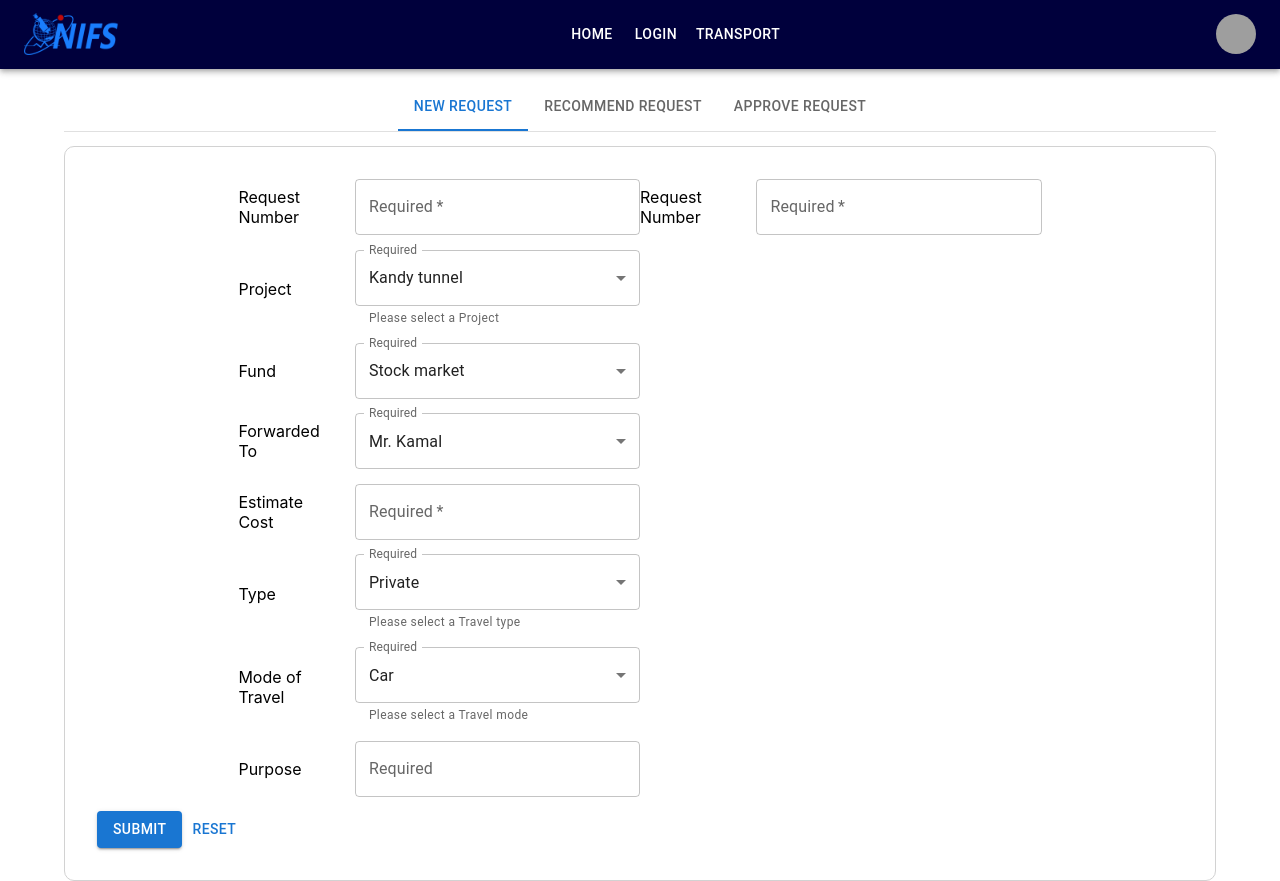
Repository: Ravindu97/NIFS_WebApplication
Page: /transport (app in client/)
These files come from the project's save history. The page is drawn as it stood at one moment and after a run of saves; the edit follows.
The browser window is 1280 px wide. The pictures show the whole page.
Pictures or frames that could not be fetched are drawn as grey boxes. The project was rebuilt for these pictures with package versions that can differ from the ones it lists, and the page was loaded fresh each time. Also part of the build but not shown: client/src/pages/Home.js, client/src/pages/Login.js, client/src/components/Transport/RecommendedRequest.js, client/src/components/Transport/ApproveRequest.js.

Above is the page before, as saved 2022-07-01 00:30:02.

### client/src/index.css
body {
  margin: 0;
  font-family: -apple-system, BlinkMacSystemFont, 'Segoe UI', 'Roboto', 'Oxygen',
    'Ubuntu', 'Cantarell', 'Fira Sans', 'Droid Sans', 'Helvetica Neue',
    sans-serif;
  -webkit-font-smoothing: antialiased;
  -moz-osx-font-smoothing: grayscale;
}

:root{
  --main-navbar-back: #00003c;

}


.nav-logo{
  width: 100px;
  height: auto;
}

/* main navbar */
.main-navbar{
  background-color: var(--main-navbar-back) !important;
}

/* secondary navbar */
.secondary-navbar{
  margin-top: 2vh !important;
  margin: auto;
}

/* body content */
.body-content{
  margin: auto;
  width: 90%;
  margin-top: 2vh;
}

/* -------------------css for form starts here */
/* form section means outsice the <form> tag */

.form-section{
  border: 1px solid #d2d2d2;
  border-radius: 10px;
  padding: 2rem;
}

/* input fields */
.input-fields{
  display: flex;
  align-items: center;
  margin-bottom: 2vh;
}

.input-fields label{
  margin-right: 2vw;
  width: 10vw;
}



/* -----------------css for form ends here */

### client/src/App.js
import * as React from 'react';
import { BrowserRouter as Router, Route, Routes } from 'react-router-dom';
import Navbar from './components/shared/Navbar';
import Home from './pages/Home';
import Login from './pages/Login';
import TransportMainPage from './pages/TransportMainPage';

function App() {
	return (
		<div>
			<Router>
				<Navbar />
				<Routes>
					<Route exact path="/" element={<Home />} />
					<Route exact path="/login" element={<Login />} />
					<Route exact path="/transport/*" element={<TransportMainPage />} />
				</Routes>
			</Router>
		</div>
	);
}

export default App;

### client/src/components/shared/Navbar.js
import * as React from 'react';
import AppBar from '@mui/material/AppBar';
import Box from '@mui/material/Box';
import Toolbar from '@mui/material/Toolbar';
import IconButton from '@mui/material/IconButton';
import Typography from '@mui/material/Typography';
import Menu from '@mui/material/Menu';
import MenuIcon from '@mui/icons-material/Menu';
import Container from '@mui/material/Container';
import Avatar from '@mui/material/Avatar';
import Button from '@mui/material/Button';
import Tooltip from '@mui/material/Tooltip';
import MenuItem from '@mui/material/MenuItem';
import { Link } from 'react-router-dom';
import Logo from '../../images/nifs_logo.png';

const Navbar = () => {
	const pages = [
		{
			id: 0,
			title: 'Home',
			link: '/',
		},
		{
			id: 1,
			title: 'Login',
			link: '/login',
		},
		{
			id: 2,
			title: 'Transport',
			link: '/transport',
		},
	];

	const settings = [
		{
			id: 0,
			title: 'Home',
			link: '/',
		},
		{
			id: 1,
			title: 'Login',
			link: '/login',
		},
		{
			id: 2,
			title: 'Transport',
			link: '/transport',
		},
	];

	const [anchorElNav, setAnchorElNav] = React.useState(null);
	const [anchorElUser, setAnchorElUser] = React.useState(null);

	const handleOpenNavMenu = (event) => {
		setAnchorElNav(event.currentTarget);
	};
	const handleOpenUserMenu = (event) => {
		setAnchorElUser(event.currentTarget);
	};

	const handleCloseNavMenu = () => {
		setAnchorElNav(null);
	};

	const handleCloseUserMenu = () => {
		setAnchorElUser(null);
	};

	return (
		<AppBar position="static" className="main-navbar">
			<Container maxWidth="xl">
				<Toolbar disableGutters>
					{/*Responsive view start here  */}
					<Box sx={{ display: { xs: 'none', md: 'flex' }, mr: 1 }}>
						<img src={Logo} alt="logo" className="nav-logo" />
					</Box>

					<Box sx={{ flexGrow: 1, display: { xs: 'flex', md: 'none' } }}>
						<IconButton
							size="large"
							aria-label="account of current user"
							aria-controls="menu-appbar"
							aria-haspopup="true"
							onClick={handleOpenNavMenu}
							color="inherit"
						>
							<MenuIcon />
						</IconButton>
						<Menu
							id="menu-appbar"
							anchorEl={anchorElNav}
							anchorOrigin={{
								vertical: 'bottom',
								horizontal: 'left',
							}}
							keepMounted
							transformOrigin={{
								vertical: 'top',
								horizontal: 'left',
							}}
							open={Boolean(anchorElNav)}
							onClose={handleCloseNavMenu}
							sx={{
								display: { xs: 'block', md: 'none' },
							}}
						>
							{pages &&
								pages.map((page) => (
									<MenuItem key={page.id} onClick={handleCloseNavMenu}>
										<Link to={page.link} style={{ textDecoration: 'none' }}>
											<Typography textAlign="center">{page.title}</Typography>
										</Link>
									</MenuItem>
								))}
						</Menu>
					</Box>
					{/* Responsive view ends here */}

					{/* Full width starts here */}
					<Box
						sx={{
							mr: 2,
							display: { xs: 'flex', md: 'none' },
							flexGrow: 1,
						}}
					>
						<img src={Logo} alt="logo" className="nav-logo" />
					</Box>

					<Box
						sx={{ flexGrow: 1, display: { xs: 'none', md: 'flex' } }}
						style={{ justifyContent: 'center' }}
					>
						{pages &&
							pages.map((page) => (
								<Link to={page.link} style={{ textDecoration: 'none' }}>
									<Button
										key={page.id}
										onClick={handleCloseNavMenu}
										sx={{ my: 2, color: 'white', display: 'block' }}
									>
										{page.title}
									</Button>
								</Link>
							))}
					</Box>

					{/* end of the navbar */}
					<Box sx={{ flexGrow: 0 }}>
						<Tooltip title="Open settings">
							<IconButton onClick={handleOpenUserMenu} sx={{ p: 0 }}>
								<Avatar
									alt="Remy Sharp"
									src="https://images.unsplash.com/photo-1566753323558-f4e0952af115?ixlib=rb-1.2.1&ixid=MnwxMjA3fDB8MHxzZWFyY2h8MXx8bWFsZXxlbnwwfHwwfHw%3D&w=1000&q=80"
								/>
							</IconButton>
						</Tooltip>
						<Menu
							sx={{ mt: '45px' }}
							id="menu-appbar"
							anchorEl={anchorElUser}
							anchorOrigin={{
								vertical: 'top',
								horizontal: 'right',
							}}
							keepMounted
							transformOrigin={{
								vertical: 'top',
								horizontal: 'right',
							}}
							open={Boolean(anchorElUser)}
							onClose={handleCloseUserMenu}
						>
							{settings.map((setting) => (
								<MenuItem key={setting.id} onClick={handleCloseUserMenu}>
									<Typography textAlign="center">{setting.title}</Typography>
								</MenuItem>
							))}
						</Menu>
					</Box>
				</Toolbar>
			</Container>
		</AppBar>
	);
};
export default Navbar;

### client/src/pages/TransportMainPage.js
import React from 'react';

import TransportNavbar from '../components/Transport/shared/TransportNavbar';
import { Route, Routes } from 'react-router-dom';
import NewRequest from '../components/Transport/NewRequest';
import RecommendedRequest from '../components/Transport/RecommendedRequest';
import ApproveRequest from '../components/Transport/ApproveRequest';

// transport main page where all other section of transport department can be access from here
function TransportMainPage() {
	return (
		<div>
			<TransportNavbar />
			<div className="body-content">
				<Routes>
					<Route exact path="/" element={<NewRequest />} />
					<Route exact path="/recommend" element={<RecommendedRequest />} />
					<Route exact path="/approve" element={<ApproveRequest />} />
				</Routes>
			</div>
		</div>
	);
}

export default TransportMainPage;

### client/src/components/Transport/shared/TransportNavbar.js
import * as React from 'react';
import Tabs from '@mui/material/Tabs';
import Tab from '@mui/material/Tab';
import Box from '@mui/material/Box';
import { Link, useLocation } from 'react-router-dom';

export default function TransportNavbar() {
	const location = useLocation();

	const pages = [
		{
			id: 0,
			title: 'New Request',
			link: '/transport',
		},
		{
			id: 1,
			title: 'Recommend Request',
			link: '/transport/recommend',
		},
		{
			id: 2,
			title: 'Approve Request',
			link: '/transport/approve',
		},
	];

	return (
		<Box sx={{ width: '90%' }} className="secondary-navbar">
			<Box sx={{ borderBottom: 1, borderColor: 'divider' }}>
				<Tabs value={location.pathname} centered>
					{pages &&
						pages.map((page) => (
							<Tab
								key={page.id}
								label={page.title}
								value={page.link}
								component={Link}
								to={page.link}
							/>
						))}
				</Tabs>
			</Box>
		</Box>
	);
}

### client/src/components/Transport/NewRequest.js
import { Button, TextField } from '@mui/material';
import React, { useState } from 'react';
import { useForm } from 'react-hook-form';
import Box from '@mui/material/Box';
// import datepicker
import DateFnsUtils from '@date-io/date-fns';
import {
	DatePicker,
	TimePicker,
	DateTimePicker,
	MuiPickersUtilsProvider,
} from '@material-ui/pickers';
// sample data files start here
import Projects from './shared/sampleData/Project.json';
import Funds from './shared/sampleData/Fund.json';
import ForwardedTo from './shared/sampleData/ForwardedTo.json';
// sample data files ends here

function NewRequest() {
	// date set to be stored
	const { register, handleSubmit, reset } = useForm();
	const [selectedDate, handleDateChange] = useState(new Date());
	const [project, setProjects] = useState(Projects);
	const [fund, setFunds] = useState(Funds);
	const [forwardedTo, setForwardedTos] = useState(ForwardedTo);

	const submitDetails = (data) => {
		console.log(data);
	};

	return (
		<div className="form-section">
			<form onSubmit={handleSubmit(submitDetails)}>
				<Box
					sx={{
						display: { xs: 'block', lg: 'flex' },
					}}
					style={{ justifyContent: 'center' }}
				>
					{/* left section of the form */}
					<div className="form-left">
						{/* Request number */}
						<div className="input-fields">
							<label>Request Number</label>
							<TextField
								fullWidth
								required
								type="text"
								name="reqNo"
								id="outlined-basic"
								label="Required"
								variant="outlined"
								{...register('reqNo', { required: true })}
							/>
						</div>

						{/* Select project */}
						<div className="input-fields">
							<label>Project</label>
							<TextField
								fullWidth
								id="outlined-select-project-native"
								select
								label="Required"
								name="project"
								{...register('project', { required: true })}
								SelectProps={{
									native: true,
								}}
								helperText="Please select a Project"
							>
								{project.map((option) => (
									<option key={option.id} value={option.value}>
										{option.value}
									</option>
								))}
							</TextField>
						</div>

						{/* Select Fund */}

						<div className="input-fields">
							<label>Fund</label>
							<TextField
								fullWidth
								id="outlined-select-fund-native"
								select
								label="Required"
								name="fund"
								{...register('fund', { required: true })}
								SelectProps={{
									native: true,
								}}
							>
								{fund.map((option) => (
									<option key={option.id} value={option.value}>
										{option.value}
									</option>
								))}
							</TextField>
						</div>

						{/* Select Forward */}

						<div className="input-fields">
							<label>Forwarded To</label>
							<TextField
								fullWidth
								id="outlined-select-forward-native"
								select
								label="Required"
								name="forwardTo"
								{...register('forwardTo', { required: true })}
								SelectProps={{
									native: true,
								}}
							>
								{forwardedTo.map((option) => (
									<option key={option.id} value={option.value}>
										{option.value}
									</option>
								))}
							</TextField>
						</div>

						{/* cost */}
						<div className="input-fields">
							<label>Estimate Cost</label>
							<TextField
								fullWidth
								required
								type="text"
								name="estimateCost"
								id="outlined-basic"
								label="Required"
								variant="outlined"
								{...register('estimateCost', { required: true })}
							/>
						</div>

						{/* travel type */}
						<div className="input-fields">
							<label>Type</label>
							<TextField
								fullWidth
								id="outlined-select-forward-native"
								select
								label="Required"
								name="travelType"
								{...register('travelType', { required: true })}
								SelectProps={{
									native: true,
								}}
								helperText="Please select a Travel type"
							>
								<option value="private">Private</option>
								<option value="official">Official</option>
							</TextField>
						</div>

						{/* Travel mode */}

						<div className="input-fields">
							<label>Mode of Travel</label>
							<TextField
								fullWidth
								id="outlined-select-forward-native"
								select
								label="Required"
								name="travelMode"
								{...register('travelMode', { required: true })}
								SelectProps={{
									native: true,
								}}
								helperText="Please select a Travel mode"
							>
								<option value="car">Car</option>
								<option value="van">Van</option>
								<option value="cab">Cab</option>
							</TextField>
						</div>

						{/* purpose */}
						<div className="input-fields">
							<label>Purpose</label>
							<TextField
								fullWidth
								id="outlined-textarea"
								label="Required"
								name="purpose"
								{...register('purpose', { required: true })}
								SelectProps={{
									native: true,
								}}
								multiline
							/>
						</div>
					</div>
					{/* right section of the form */}
					<div className="form-right">
						<div className="input-fields">
							<label>Request Number</label>
							<TextField
								fullWidth
								required
								type="text"
								name="reqNo"
								id="outlined-basic"
								label="Required"
								variant="outlined"
								{...register('reqNo', { required: true })}
							/>
						</div>
					</div>
				</Box>
				{/* submit button */}
				<Button type="submit" variant="contained">
					Submit
				</Button>

				{/* reset the form */}
				<Button
					type="button"
					onClick={() => {
						reset({
							reqNo: '',
							project: '',
							fund: '',
							forwardTo: '',
							requestDate: '',
							time: '',
							estimateCost: '',
							travelType: '',
							travelMode: '',
							purpose: '',
							note: '',
							employee: '',
							designation: '',
							date: '',
							division: '',
							HOD: '',
							route: '',
							passengers: '',
						});
					}}
				>
					Reset
				</Button>
			</form>
		</div>
	);
}

export default NewRequest;

### client/src/components/Transport/shared/sampleData/Project.json
[
    {
        "id": 0,
        "value": "Kandy tunnel"
    },
    {
        "id": 1,
        "value": "Moragahakanda project"
    },
    {
        "id": 2,
        "value": "Gin nilwala project"
    },
    {
        "id": 3,
        "value": "Samanala wewa projecct"
    },
    {
        "id": 4,
        "value": "Data visualization"
    }
]

### client/src/components/Transport/shared/sampleData/Fund.json
[
    {
        "id": 0,
        "value": "Stock market"
    },
    {
        "id": 1,
        "value": "BOC bank"
    },
    {
        "id": 2,
        "value": "Savings"
    },
    {
        "id": 3,
        "value": "Ticketing"
    },
    {
        "id": 4,
        "value": "Car wash"
    }
]

### client/src/components/Transport/shared/sampleData/ForwardedTo.json
[
    {
        "id": 0,
        "value": "Mr. Kamal"
    },
    {
        "id": 1,
        "value": "Mr. Sunil"
    },
    {
        "id": 2,
        "value": "Mr. Kusal"
    },
    {
        "id": 3,
        "value": "Mrs. Nayana"
    },
    {
        "id": 4,
        "value": "Miss Rashmi"
    }
]

Loaded but not shown: client/src/index.js (common file); client/src/reportWebVitals.js (common file)

After the next 2 saves:
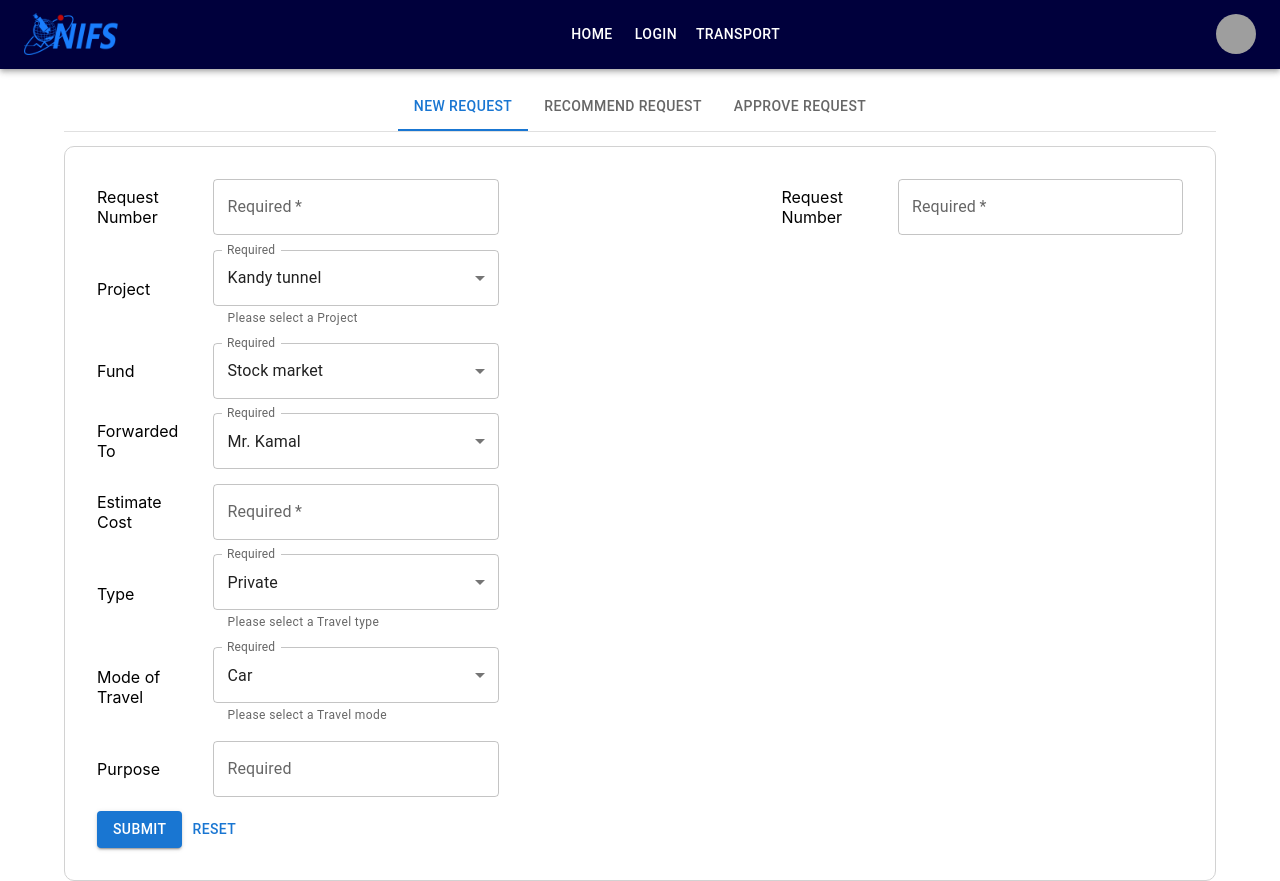
The 2 saves are shown as one change because they came seconds apart.
The last was saved 14 s later.
--- a/client/src/components/Transport/NewRequest.js
+++ b/client/src/components/Transport/NewRequest.js
@@ -35,7 +35,7 @@
 					sx={{
 						display: { xs: 'block', lg: 'flex' },
 					}}
-					style={{ justifyContent: 'center' }}
+					style={{ justifyContent: 'space-between' }}
 				>
 					{/* left section of the form */}
 					<div className="form-left">

After the save that followed:
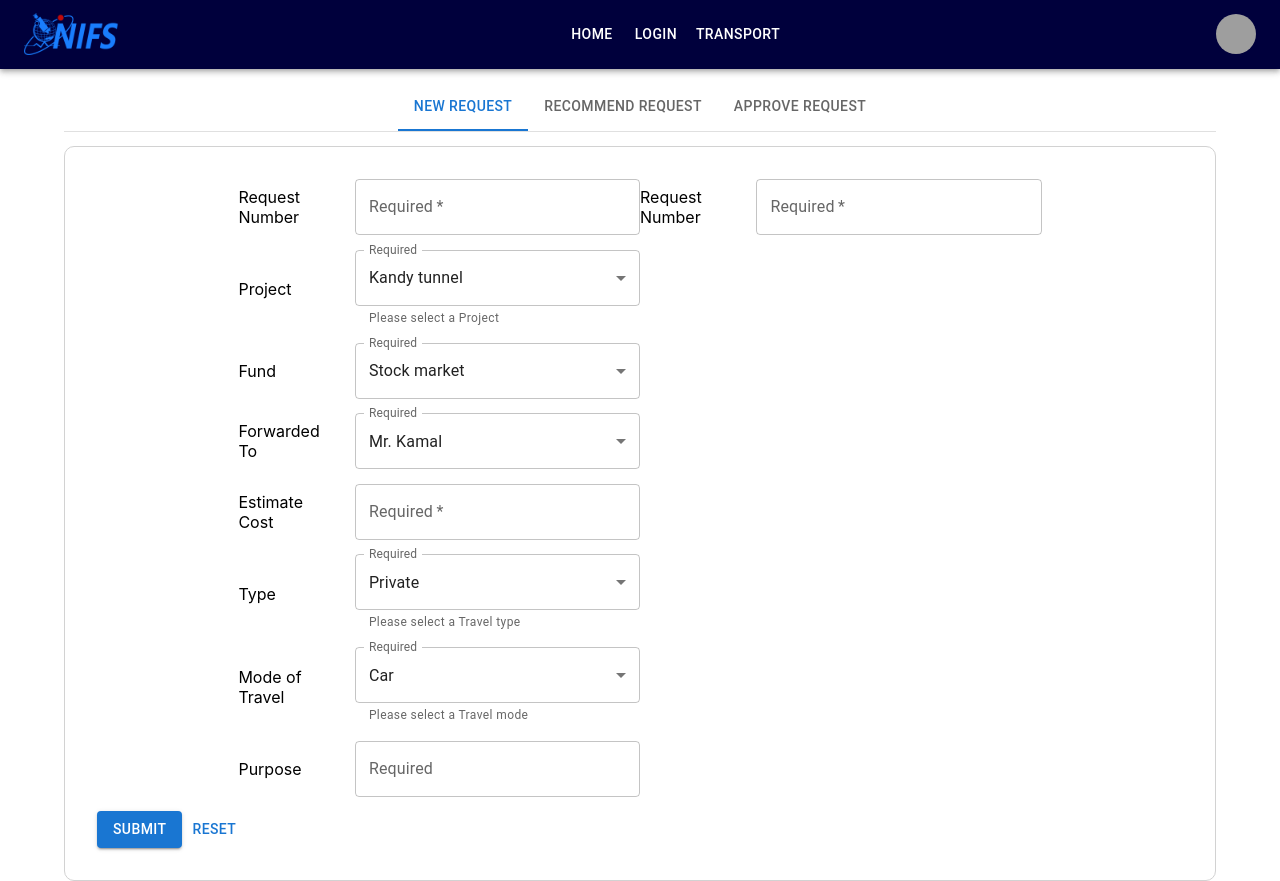
Saved 21 s later.
--- a/client/src/components/Transport/NewRequest.js
+++ b/client/src/components/Transport/NewRequest.js
@@ -35,7 +35,7 @@
 					sx={{
 						display: { xs: 'block', lg: 'flex' },
 					}}
-					style={{ justifyContent: 'space-between' }}
+					style={{ justifyContent: 'center' }}
 				>
 					{/* left section of the form */}
 					<div className="form-left">
